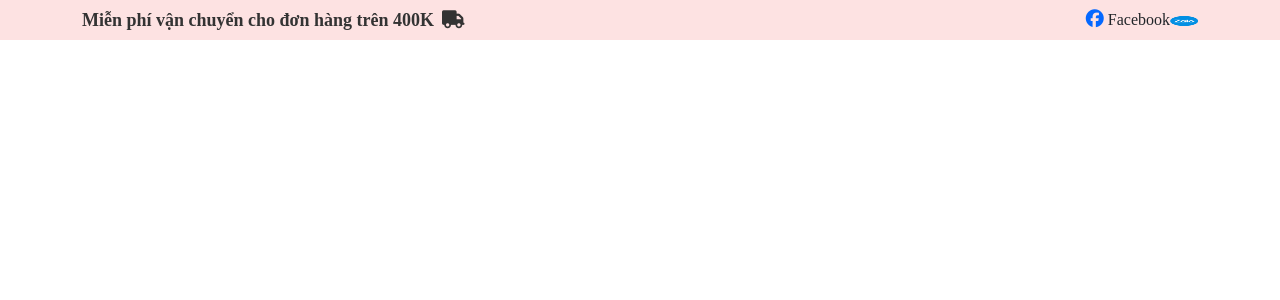
Repository: hoang28092000/kim-store
Page: index.html
These files come from the project's save history. The page is drawn as it stood at one moment and after a run of saves; the edit follows.
The browser window is 1280 px wide. The pictures show the whole page.
Some web libraries are served in a nearby version.

Above is the page before, as saved 2024-10-31 21:39:15.

### index.html
<!DOCTYPE html>
<html lang="en">
<head>
    <meta charset="UTF-8">
    <meta name="viewport" content="width=device-width, initial-scale=1.0">
    <link href="https://cdn.jsdelivr.net/npm/bootstrap@5.0.2/dist/css/bootstrap.min.css" rel="stylesheet" integrity="sha384-EVSTQN3/azprG1Anm3QDgpJLIm9Nao0Yz1ztcQTwFspd3yD65VohhpuuCOmLASjC" crossorigin="anonymous">
    <link rel="stylesheet" href="https://cdnjs.cloudflare.com/ajax/libs/font-awesome/6.6.0/css/all.min.css" integrity="sha512-Kc323vGBEqzTmouAECnVceyQqyqdsSiqLQISBL29aUW4U/M7pSPA/gEUZQqv1cwx4OnYxTxve5UMg5GT6L4JJg==" crossorigin="anonymous" referrerpolicy="no-referrer" />
    <link rel="stylesheet" href="asset/style.css">
    <title>KIM STORE</title>
</head>
<body>
    <div id="header">
        <div class="top_header ">
                <div class="container d-flex justify-content-between">
                    <div class="r-top_header d-flex align-items-center">
                        <p class="txt_bold mb-0 me-2">Miễn phí vận chuyển cho đơn hàng trên 400K</p>
                    <i class="fa-solid fa-truck icon-truck mb-0"></i>
                    </div>
                    <ul class="icons-header d-flex align-items-center mb-0">
                        <li class="icon">
                            <i class="fa-brands fa-facebook icon_fb"></i>
                            <span>Facebook</span>
                        </li>
                        <li class="icon">
                           <img src="asset/image/icon_zalo.png" alt="this is picture zalo" class="icon_zalo">
                        </li>
                    </ul>
                </div>
        </div>
        <div class="main_header">

        </div>
    </div>


    <div id="navbar">

    </div>


    <div id="main">

    </div>


    <div id="footer">

    </div>






    <script src="https://cdn.jsdelivr.net/npm/bootstrap@5.0.2/dist/js/bootstrap.bundle.min.js" integrity="sha384-MrcW6ZMFYlzcLA8Nl+NtUVF0sA7MsXsP1UyJoMp4YLEuNSfAP+JcXn/tWtIaxVXM" crossorigin="anonymous"></script>
</body>
</html>

### asset/style.css
*{
    margin: 0;
    padding: 0;
    box-sizing: border-box;
    font-family: Montserrat;
    list-style: none;
    text-decoration: none;
}
.txt-16px{
    font-size: 16px;
    color: #333;
}
.txt_bold{
    font-size: 18px;
    color: #333;
    font-weight: 700;
}
#header{

}
#header .top_header{
    height: 40px;
    background-color: #FDE2E2;
}
.top_header .r-top_header{
    height: 40px;
}
.top_header .icon-truck{
    font-size: 18px;
    color: #333;
}
/* .top_header .icon{
    padding: 2px;
    border: 3px solid #fff;
    border-radius: 4px;
} */
.top_header .icon_fb{
    font-size: 18px;
    color: #0468ff;
}
.top_header .icon_zalo{
    width: 28px;
    height: 10px;
}

After the next 2 saves:
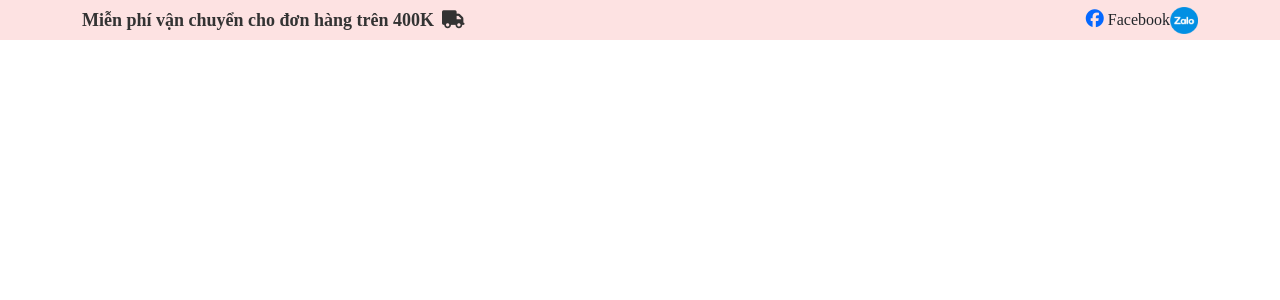
The 2 saves are shown as one change because they came seconds apart.
The last was saved 8 s later.
--- a/asset/style.css
+++ b/asset/style.css
@@ -40,5 +40,5 @@
 }
 .top_header .icon_zalo{
     width: 28px;
-    height: 10px;
+    height: 27px;
 }
